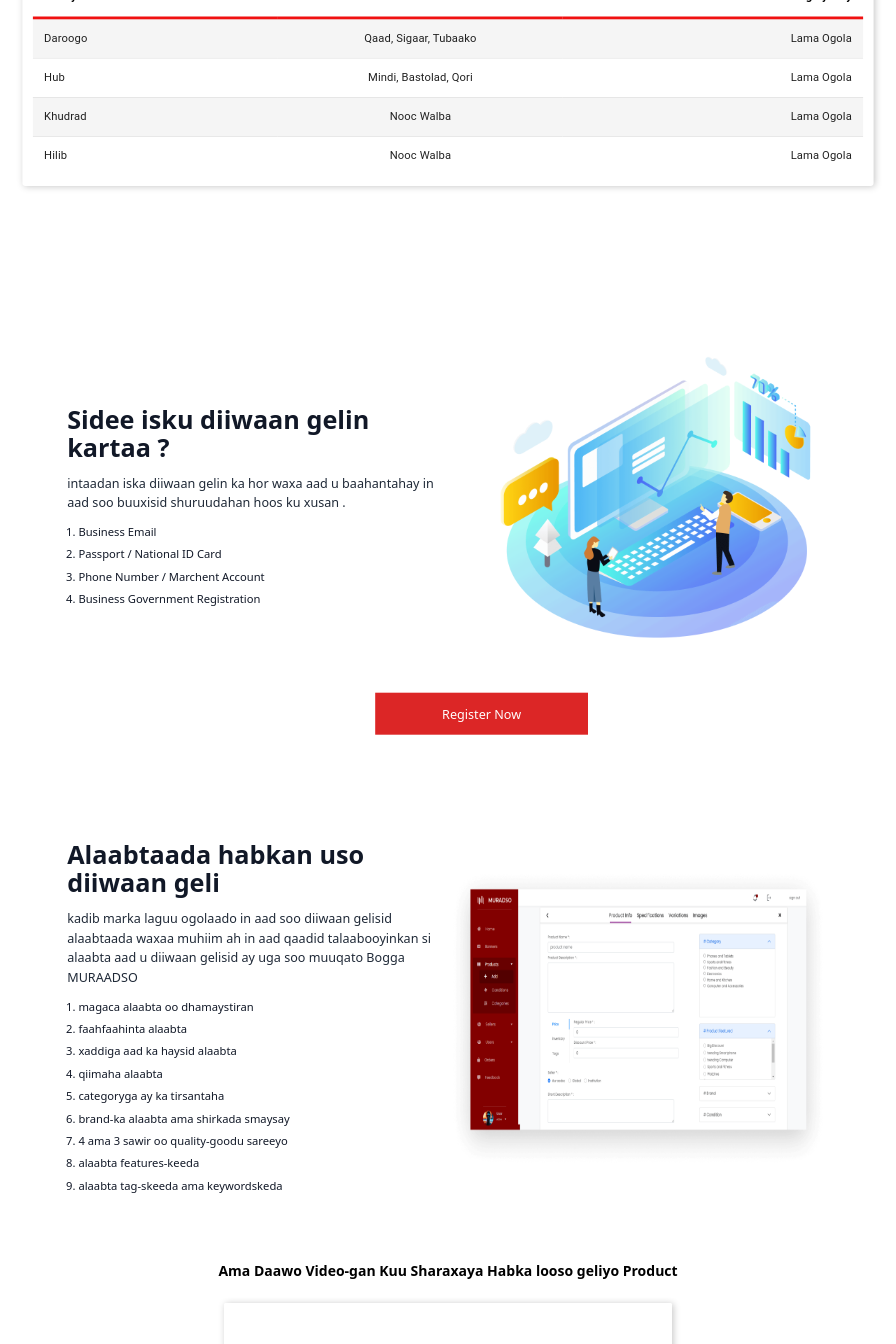
Repository: muraadso/Muraadso-Sellers
Page: /
The author's editor kept a copy of each file at every save. The page is drawn from the files as they stood at one save, then again after the next save.
The browser window is 1280 px wide. The pictures show the part of the page from y = 2982 to 4902 px (the page is 7341 px tall before and 7396 px after), at 70% of full size.
The project was rebuilt for these pictures with package versions that can differ from the ones it lists, and the page was loaded fresh each time. The framework's server and built-in components were replaced by stand-ins that run in the browser. Also part of the build but not shown: next.config.js.

Above is the page before, as saved 2021-12-11 11:21:08.

### pages/_app.js
import '../styles/globals.css'
 import 'tailwindcss/tailwind.css'
import { Layout } from '../components/Layout'


function MyApp({ Component, pageProps }) {
  return (
    <Layout>
      <Component {...pageProps} />
    </Layout>
  )
}

export default MyApp

### styles/globals.css
@import url('https://fonts.googleapis.com/css2?family=Lato:ital,wght@0,300;0,400;0,700;0,900;1,700&family=Poppins:wght@200;300;400;500;600;700&display=swap');
html,
body {
  padding: 0 ;
  margin: 0;
  overflow-x: hidden !important;
  scroll-behavior: smooth;
}

a {
  color: inherit;
  text-decoration: none;
}

* {
  box-sizing: border-box;
}


.navbar {
  box-shadow: 2px 1px 7px rgba(0, 0, 0, 0.226);
  font-family: 'Poppins', sans-serif  ;
  font-weight: 500;

}
  .logo{
    font-family: 'Lato', sans-serif;
    font-weight: 700;
    color: rgb(233, 59, 59);
    font-size: 20px ;
  }
  .how-card{
    position: relative;
    box-shadow: 0 2px 10px rgba(0, 0, 0, 0.336) ;
  }
  .regimage{
    height: 500px;

  }
  .react-player {
    background-color: white !important;
    padding: 10px;
    box-shadow: 2px 1px 11px rgba(0, 0, 0, 0.226);
    border-radius: 2px;
  }
  .player-wrapper{
    overflow-x: hidden !important;
    /* width: 100% !important; */
  }


  .formcontainer{
    box-shadow: 2px 1px 11px rgba(0, 0, 0, 0.226);

  }



@media screen and  (max-width: 768px){
  .nav{
    padding-top: 40px;
    display: flex;
    flex-direction: column;

  }

  .how-card{
  margin-bottom: 25px;
}

.tablle{
  margin-bottom: 90px;
}
.tablle2{

}
 TableContainer{
   background-color: red;
   display: hidden;
 }
 .regimage{
    max-height: 300px;

  }
  .formcontainer{
    min-width: 110%;
  }

}




@tailwind base;
@tailwind components;
@tailwind utilities

### components/Hero.jsx
const Hero = () => {
    return (
        <div className="md:grid-cols-2 md:grid md:mt-11 hero">
                <div className="md:px-16 md:py-36 py-11 herotxt">
                    <h6 className="px-2 font-medium text-gray-500">ku iibi muraadso</h6>
                    <h1 className="my-5 text-3xl font-bold text-gray-800 capitalize md:font-bold md:text-gray-800 md:capitalize lg:text-6xl">sidee ugu iibin krtaa <br /> alaabtaada <span  className="text-red-600 md:text-red-600">muraadso</span></h1>

                    <p className="text-gray-700 md:text-left">
                         Whether you’ve already got an established e-commerce business , a great idea for a new product, or you just have a passion for selling, here’s how to take that next step with Muraadso </p>
                </div>

                <div className="heroimg">
                    <img className="w-4/4 "  src="/images/heroimage.png" alt="heroimage" />
                </div>
        </div>
    )
}

export default Hero

### components/About.jsx

const About = () => {
    return (
        <div className="mt-32">
            <h1 className="text-3xl font-bold text-center">Ku Iibso Muraadso</h1>
            <div className="gap-0 md:px-16 md:grid-cols-2 md:grid about-content">
                <div className="mt-12 aboutimg">
                  <img src="/images/aboutimage.png" className="md:h-96" alt="about image" />
                </div>
                <div className="md:mt-20 mt-11 about-text">
                    <p className="text-xl text-justify">
                        Muraadso waa hogaanka suuqa casriga ee online waana suuq aad ku iibin kartid alaabtaada, ahaw ganacsade alaabta sameeya, mid soo dajiya, si fudud ayaad ugu iibin kartaa suuqa casriga muraadso, sidoo kale ka mid noqo ganacsiyada shabakada internet ku iibiya alaabaha adiga oon ku kharash badan galin, kana faa’idaysanaya khubarada team ka muraadso helayana tobabaro iyo caawimo sidaad ugu iibin lahayd muraadso dhexdeeda Ku dhex iibta muraadso waa wax fudud sidoo kalena kharash yari kaaga bixi karo ama wax kharash ahi kaa baxayn, kaliya waxa lagaaga bahanyay in aad is diwaan galisid, kuna gurtid alaabta aad haysid online shirkada sidaana aad ku bilawdid iibka alaabtaada....<span className="text-red-600">Read More</span>
                    </p>
                </div>


            </div>
        </div>
    )
}

export default About

### components/Howtoreg.jsx
const Howtoreg = () => {
  return (
    <div className="flex flex-col md:p-16 howtoreg mb-11 md:mb-6 ">
      <div className="grid items-center justify-between md:grid-cols-2 registerdoc">
        <div className="space-y-4 regcontent">
          <h1 className="text-xl font-bold text-gray-900 md:text-4xl">Sidee isku diiwaan gelin kartaa ?</h1>
          <p className="text-lg text-gray-800 ">intaadan iska diiwaan gelin ka hor waxa aad u baahantahay in aad
            soo buuxisid shuruudahan hoos ku xusan .</p>
            <ol className="ml-4 space-y-2 font-medium text-gray-900 list-decimal">
              <li>Business Email</li>
              <li>Passport / National ID Card</li>
              <li>Phone Number / Marchent Account </li>
              <li>Business Government Registration</li>
            </ol>
        </div>
        <div className="flex items-center justify-end regimage">
          <img className="regimage" src="/images/registrationn.png" alt="" />
        </div>

      </div>
      <div className="flex flex-col items-center justify-center space-y-4 md:space-x-24 md:flex-row acceptterms">
        <div className="flex flex-row items-center justify-center check">
        </div>
        <div className="items-center justify-center text-center">
        <button className="items-center justify-center px-24 py-3 text-sm text-white bg-red-600 md:text-center md:text-lg md:px-24 md:py-4 ">Register Now</button>
        </div>
      </div>


    </div>
  )
}

export default Howtoreg

### components/Whatsell.jsx
import * as React from 'react';
import { styled } from '@mui/material/styles';
import Table from '@mui/material/Table';
import TableBody from '@mui/material/TableBody';
import TableCell, { tableCellClasses } from '@mui/material/TableCell';
import TableContainer from '@mui/material/TableContainer';
import TableHead from '@mui/material/TableHead';
import TableRow from '@mui/material/TableRow';
import Paper from '@mui/material/Paper';

const StyledTableCell = styled(TableCell)(({ theme }) => ({

  [`&.${tableCellClasses.head}`]: {
    backgroundColor: theme.palette.common.white,
    color: theme.palette.common.black,
    borderBottom: '4px solid rgb(240, 17, 17)' ,
    fontSize: '16px',
    fontWeight: '600',

  },
  [`&.${tableCellClasses.body}`]: {
    fontSize: 16,
  },
}));

const StyledTableRow = styled(TableRow)(({ theme }) => ({
  '&:nth-of-type(odd)': {
    backgroundColor: theme.palette.action.hover,


  },
  // hide last border
  '&:last-child td, &:last-child th': {
    border: 0,
  },
}));





function createData(noocaAlaabta, tusaale, xaaladda) {
  return { noocaAlaabta, tusaale, xaaladda };
}

const rows = [

];
const rows2 = [
  createData('Daroogo', "Qaad, Sigaar, Tubaako", 'Lama Ogola'),
  createData('Hub', 'Mindi, Bastolad, Qori', 'Lama Ogola'),
  createData('Khudrad', 'Nooc Walba', 'Lama Ogola'),
  createData('Hilib', 'Nooc Walba', 'Lama Ogola'),


];

export default function Whatsell() {
  return (
      <>
    <div className="flex flex-col items-center md:justify-center md:mb-36 tablle mb-11">
                <h1 className="text-xl font-bold text-center text-gray-900 md:text-3xl">Alaab Nocee ah ayaad iibin kartaa ?</h1>
                <p className="max-w-3xl mb-8 text-sm text-center text-gray-700 md:text-lg">Waxay ku xirantahy alaabta noceeda, xaaladda alaabta, Category-ga, iyo Brand-ka .
                table-ka hoos ku xusan waxa uu kutusayaa Categoriyada shirkaddu ay ogoshahay iibintooda
                iyo kuwa aysan ogolayn xaaladaha lagu iibinkaro </p>

            <TableContainer className="mw-screen-lg TableContainer" component={Paper} sx={{ padding: "15px", minWidth: 380 , maxWidth: 1500, boxShadow: '2px 1px 11px rgba(0, 0, 0, 0.226)' }}>
        <h1 className="mb-6 text-2xl font-bold "> <span className="font-black text-red-500 ">|</span> Noocyada Alaabta</h1>
      <Table sx={{ minWidth: 500 }} aria-label="customized table">
        <TableHead>
          <TableRow>
            <StyledTableCell>Noocyada Alaabta</StyledTableCell>
            <StyledTableCell align="center"> Tusaale Ahaan</StyledTableCell>
            <StyledTableCell align="right">Xaaladda La Ogolyahay</StyledTableCell>
          </TableRow>
        </TableHead>
        <TableBody>
          {rows.map((row) => (
            <StyledTableRow key={row.noocaAlaabta} sx={{backgroundColor: 'white'}}>
              <StyledTableCell component="th" scope="row">
                {row.noocaAlaabta}
              </StyledTableCell>
              <StyledTableCell   align="center">{row.tusaale}</StyledTableCell>
              <StyledTableCell align="right">{row.xaaladda}</StyledTableCell>
            </StyledTableRow>
          ))}
        </TableBody>
      </Table>
    </TableContainer>

    </div>


    <div className="flex flex-col items-center md:justify-center md:mb-36 tablle mb-11">
                <h1 className="text-xl font-bold text-center text-gray-900 md:text-3xl">Alaab Nocee ah ayaad iibin kartaa ?</h1>
                <p className="max-w-3xl mb-8 text-sm text-center text-gray-700 md:text-lg">Waxay ku xirantahy alaabta noceeda, xaaladda alaabta, Category-ga, iyo Brand-ka .
                table-ka hoos ku xusan waxa uu kutusayaa Categoriyada shirkaddu ay ogoshahay iibintooda
                iyo kuwa aysan ogolayn xaaladaha lagu iibinkaro </p>

            <TableContainer className="mw-screen-lg TableContainer" component={Paper} sx={{ padding: "15px", minWidth: 380 , maxWidth: 1500, boxShadow: '2px 1px 11px rgba(0, 0, 0, 0.226)' }}>
        <h1 className="mb-6 text-2xl font-bold "> <span className="font-black text-red-500 ">|</span> Noocyada Alaabta</h1>
      <Table sx={{ minWidth: 500 }} aria-label="customized table">
        <TableHead>
          <TableRow>
            <StyledTableCell>Noocyada Alaabta</StyledTableCell>
            <StyledTableCell align="center"> Tusaale Ahaan</StyledTableCell>
            <StyledTableCell align="right">Xaaladda La Ogolyahay</StyledTableCell>
          </TableRow>
        </TableHead>
        <TableBody>
          {rows2.map((row) => (
            <StyledTableRow key={row.noocaAlaabta} sx={{backgroundColor: 'white'}}>
              <StyledTableCell component="th" scope="row">
                {row.noocaAlaabta}
              </StyledTableCell>
              <StyledTableCell   align="center">{row.tusaale}</StyledTableCell>
              <StyledTableCell align="right">{row.xaaladda}</StyledTableCell>
            </StyledTableRow>
          ))}
        </TableBody>
      </Table>
    </TableContainer>

    </div>




     </>
  );
}

### components/Howtolist.jsx
import ReactPlayer from 'react-player'


const Howtoreg = () => {
  return (
    <div className="flex flex-col space-y-11 md:space-y-24 md:p-16 howtoreg">
      <div className="grid items-center justify-between md:grid-cols-2 registerdoc">
        <div className="space-y-4 regcontent">
          <h1 className="text-xl font-bold text-gray-900 md:text-4xl">Alaabtaada habkan uso diiwaan geli</h1>
          <p className="text-lg text-gray-800 ">kadib marka laguu ogolaado in aad soo diiwaan gelisid alaabtaada
waxaa muhiim ah in aad qaadid talaabooyinkan si alaabta aad
u diiwaan gelisid ay uga soo muuqato Bogga MURAADSO</p>
            <ol className="ml-4 space-y-2 font-medium text-gray-900 list-decimal">
              <li>magaca alaabta oo dhamaystiran</li>
              <li>faahfaahinta alaabta </li>
              <li>xaddiga aad ka haysid alaabta </li>
              <li>qiimaha alaabta </li>
              <li>categoryga ay ka tirsantaha</li>
              <li>brand-ka alaabta ama shirkada smaysay</li>
              <li>4 ama 3 sawir oo quality-goodu sareeyo</li>
              <li>alaabta features-keeda</li>
              <li>alaabta tag-skeeda ama keywordskeda</li>
            </ol>
        </div>
        <div className="flex items-center justify-end regimage">
          <img className="regimage" src="/images/dashboard.png" alt="" />
        </div>

      </div>

      <div className="flex flex-col items-center justify-center space-y-6 watch">
          <h1 className="text-lg font-medium text-center md:font-bold md:text-xl ">Ama Daawo Video-gan Kuu Sharaxaya Habka looso geliyo Product</h1>
         <div className='flex items-center justify-center w-screen p-2 overflow-x-hidden mx-11 player-wrapper'>
        <ReactPlayer
          className=' react-player'
          url='hhttps://www.youtube.com/watch?v=qS5MdsgyWb4&t=5s'
        style={{
            backgroundColor: '#ff0000'
        }}

        />
      </div>
      </div>




    </div>
  )
}

export default Howtoreg

### components/Reg.jsx
import TextField from '@mui/material/TextField';
import Checkbox from '@mui/material/Checkbox';
import FormControlLabel from '@mui/material/FormControlLabel';



const Reg = () => {
    return (
        <div className="container flex flex-col items-center justify-center md:w-screen md:px-11 mb-36 ">
            <h1 className="text-lg font-bold text-center md:text-3xl ">Nagu Soo Biir Macmiil</h1>
            <div className="flex flex-col items-center justify-center py-10 mt-24 bg-white rounded md:w-9/12 md:px-11 space-y-7 formcontainer">
            <h1 className="text-lg font-bold text-center md:text-3xl ">Is Diiwaan Geli</h1>
                <div className="grid w-5/6 grid-cols-1 md:grid-cols-2 gap-x-6 gap-y-7 form">
                  <TextField id="outlined-basic" label="First Name" variant="outlined" />
                  <TextField id="outlined-basic" label="Last Name" variant="outlined" />
                  <TextField id="outlined-basic" label="Magaalada" variant="outlined" />
                  <TextField id="outlined-basic" label="Address" variant="outlined" />
                  <TextField type="number" id="outlined-basic" label="Phone Number" variant="outlined" />
                  <TextField id="outlined-basic" label="Magaca Ganasiga" variant="outlined" />
                  <TextField id="outlined-basic" label="Noca Ganasiga" variant="outlined" />
                </div>

                <div className="flex flex-col items-center justify-center text-center">
                    <FormControlLabel className="mb-2" control={<Checkbox />} label="I accept the privacy and policy" />
                   <button
                    className="items-center justify-center px-24 py-3 text-sm text-white bg-red-600 md:text-center md:text-lg md:px-24 md:py-4 ">
                        Register Now
                    </button>
        </div>
            </div>





        </div>
    )
}

export default Reg

### components/How.jsx
export const How = () => {
    return (
        <div className="flex flex-col items-center justify-center mt-32 mb-24 how md:gap-y-4 gap-y-11">
            <div className="howheader">
            <h2 className="text-4xl font-bold text-center">Sidee u shaqaysaa</h2>
            <p className="mt-2 text-lg text-center text-gray-600">habka uu ushaqeeyo adeegan waa sidatan hoos ku xusan</p>
            </div>
            <div className="h-full md:p-16 md:gap-4 gap-72 md:grid-cols-4 md:grid howsteps">

                <div className="relative max-h-full p-6 bg-white border-4 border-red-400 rounded how-card ">
                    <div className="flex items-center justify-center my-4 card-icon ">
                        <img  src="./icons/register.png" alt="register" />

                    </div>
                    <div className="mb-4 text-xl text-center text-gray-800 cardbody">
                        Macmiil iska diiwaan geli adeega, 24h kadib waxad helaysa fariin ah in lagu aqbalay
                    </div>
                    <div className="absolute flex items-center justify-center w-10 h-10 font-bold text-red-500 bg-white border-2 border-red-500 rounded-full -bottom-5 md:left-40 left-36 place-content-center card-number"> <h2>1</h2></div>
                </div>


                <div className="relative max-h-full p-6 bg-white border-4 border-red-400 rounded how-card ">
                    <div className="flex items-center justify-center my-4 card-icon ">
                        <img className="h-24"  src="./icons/features.png" alt="register" />
                    </div>
                    <div className="mb-4 text-xl text-center text-gray-800 cardbody">
                        Macmiil iska diiwaan geli adeega, 24h kadib waxad helaysa fariin ah in lagu aqbalay
                    </div>
                    <div className="absolute flex items-center justify-center w-10 h-10 font-bold text-red-500 bg-white border-2 border-red-500 rounded-full -bottom-5 md:left-40 left-36 place-content-center card-number"> <h2>2</h2></div>
                </div>




                <div className="relative max-h-full p-6 bg-white border-4 border-red-400 rounded how-card ">
                    <div className="flex items-center justify-center my-4 card-icon ">
                        <img className="h-24"  src="./icons/verified.png" alt="register" />

                    </div>
                    <div className="mb-4 text-xl text-center text-gray-800 cardbody">
                        Macmiil iska diiwaan geli adeega, 24h kadib waxad helaysa fariin ah in lagu aqbalay
                    </div>
                    <div className="absolute flex items-center justify-center w-10 h-10 font-bold text-red-500 bg-white border-2 border-red-500 rounded-full -bottom-5 md:left-40 left-36 place-content-center card-number"> <h2>3</h2></div>
                </div>


                <div className="relative max-h-full p-6 bg-white border-4 border-red-400 rounded how-card ">
                    <div className="flex items-center justify-center my-4 card-icon ">
                        <img className="h-24"  src="./icons/givemoney.png" alt="register" />

                    </div>
                    <div className="mb-4 text-xl text-center text-gray-800 cardbody">
                        Macmiil iska diiwaan geli adeega, 24h kadib waxad helaysa fariin ah in lagu aqbalay
                    </div>
                    <div className="absolute flex items-center justify-center w-10 h-10 font-bold text-red-500 bg-white border-2 border-red-500 rounded-full -bottom-5 md:left-40 left-36 place-content-center card-number"> <h2>4</h2></div>
                </div>

            </div>
            <p className="text-center text-gray-800">Wixii faahfaahin ah waxaad kala xiriiri kartaa lambaradan hoos kuugu xusan</p>
            <a className="font-medium text-red-600" href="#">+252 63 3333471</a>

        </div>
    )
}

export default How

### components/Navbar.jsx
import React, { useState } from "react";
import { HiOutlineMenuAlt2, HiOutlineMenuAlt3 } from "react-icons/hi";



export default function Navbar() {
  const [showNav, setShowNav] = useState(false);

  return (
    <nav className="sticky top-0 z-20 items-center justify-between bg-white px-14 md:px-24 md:py-3 navbar md:flex">
      <div className="flex items-center justify-between">
        <a href="#">
          <h2>Muraadso</h2>
        </a>


        {showNav ? (
          <HiOutlineMenuAlt3
            onClick={() => setShowNav(!showNav)}
            className="block w-10 h-10 p-2 cursor-pointer md:hidden" />

        ) : (
          <HiOutlineMenuAlt2
            onClick={() => setShowNav(!showNav)}
            className="block w-10 h-10 p-2 cursor-pointer md:hidden"
          />
        )}
      </div>

      <ul
        className={
          (showNav ? "left-0" : "-left-full") +
          " md:static fixed bottom-0 md:ml-24 top-14 md:flex md:space-x-6 items-center md:bg-transparent bg-gray-700 rounded md:rounded-none md:bg-white bg-opacity-90 md:w-auto w-10/12 md:text-gray-800 text-white  md:space-y-0 space-y-5 p-2 transition-left nav"
        }
      >
        <a href="#"> Home</a>
        <a href="#"> About</a>
        <a href="#"> Doc</a>
        <a href="#"> Contact Us</a>
      <a className="px-4 py-2 text-white bg-red-600 rounded" href="">Signup</a>
      </ul>
    </nav>
  );
}

























// const Navbar = () => {
//     return (
//         <div>
//      <div className="sticky top-0 z-20 items-center justify-between bg-white md:flex navbar">
//          <a className="logo" href="#">Muraadso</a>
//          <nav className="fixed bottom-0 items-center w-10/12 p-2 space-y-5 text-white bg-gray-500 md:static top-12 md:flex md:space-x-7 md:bg-transparent bg-opacity-90 md:w-auto md:text-gray-500 md:space-y-0 transition-left nav">
//              <a className="hover:text-red-600" href="">Home</a>
//              <a className="hover:text-red-600" href="">About</a>
//              <a className="hover:text-red-600" href="">Doc</a>
//              <a className="hover:text-red-600" href="">Contact Us</a>
//          </nav>
//          <a href="#" className="px-4 py-2 text-white bg-red-600 rounded hover:bg-red-700 signup ">Signup</a>
//      </div>

//         </div>
//     )
// }

// export default Navbar

### components/Footer.jsx
import FacebookIcon from '@mui/icons-material/Facebook';
import InstagramIcon from '@mui/icons-material/Instagram';
import YouTubeIcon from '@mui/icons-material/YouTube';
import Divider from '@mui/material/Divider';
import CopyrightIcon from '@mui/icons-material/Copyright';





const Footer = () => {
    return (
        <div className="px-2 py-8 border md:px-24 md:py-16 bg-gray-50 space-y-7">
            <div className="flex flex-col items-center justify-between space-y-4 md:flex-row upper md-space-y-0">

            <div className="flex items-center space-x-5 md:space-x-7 justify-items-start footercontent">
                <a href="#">About Us</a>
                <a href="#">How it Works</a>
                <a href="#">Nagu Dooro</a>
                <a href="#">Register</a>

            </div>

            <div className="footericons space-x-7">
                <FacebookIcon sx={{ fontSize: 30, color: "#ff5e5b" }} />
                <InstagramIcon sx={{ fontSize: 30, color: "#ff5e5b" }} />
                <YouTubeIcon sx={{ fontSize: 30, color: "#ff5e5b" }} />
            </div>

            </div>
            <Divider className="text-red-600">Muraadso.com</Divider>

            <div className="flex flex-col items-center justify-between space-y-3 md:space-y-0 md:flex-row bottom">
                <a href="#"> <CopyrightIcon className="items-center" sx={{fontSize: 15}} /> 2021 Muraadso.All rights reserved. </a>
                <div className="space-x-8 term">
                <a href="#">Privacy Policy</a>
                <a href="#">Terms Of Service</a>
                </div>


            </div>

        </div>
    )
}

export default Footer

Loaded but not shown: pages/api/hello.js (common file); styles/Home.module.css (common file); pages/index.js (32 lines, source omitted); tailwind.config.js (18 lines, source omitted); components/Layout.js (15 lines, source omitted); components/Whyus.jsx (70 lines, source omitted)

After the next save:
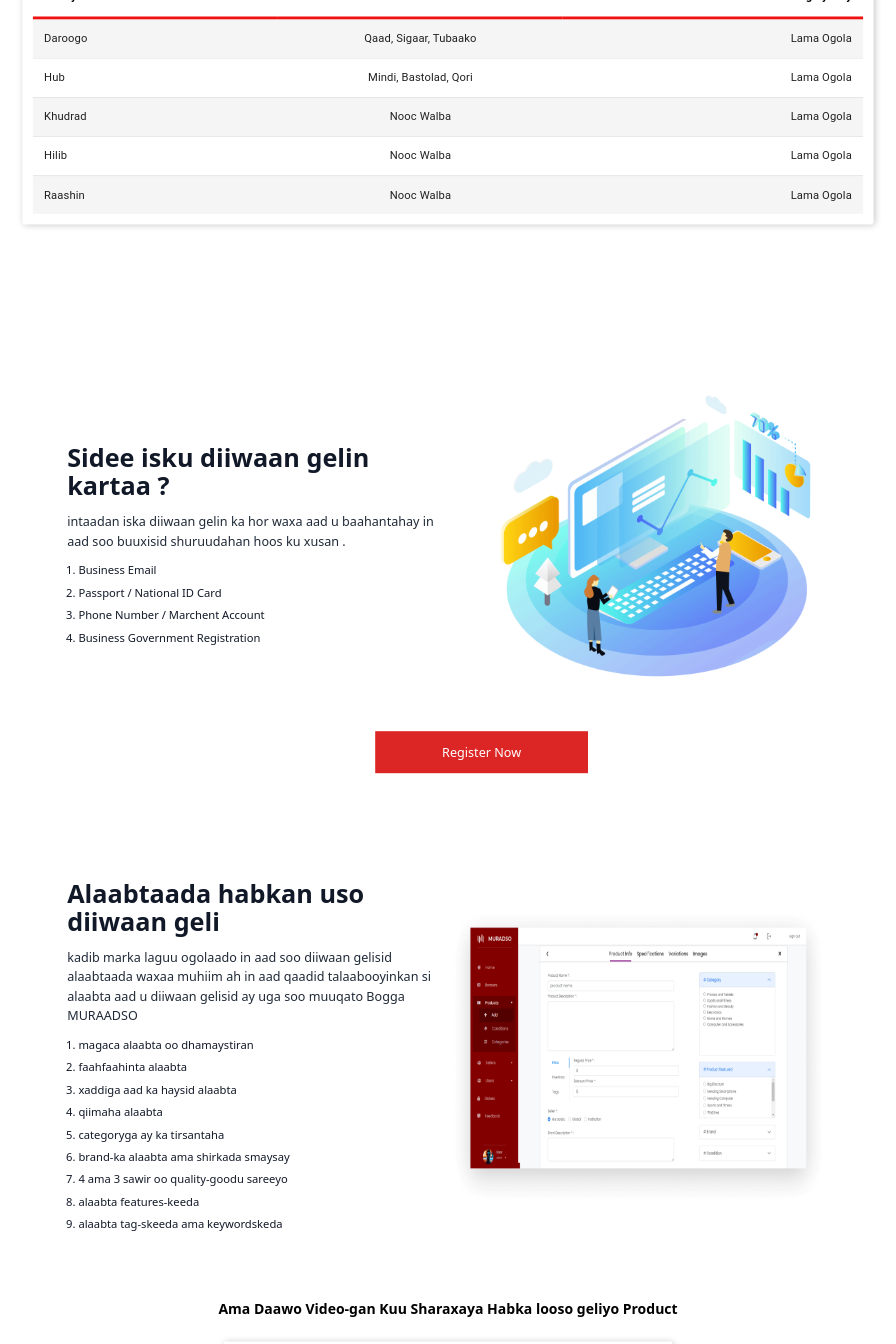
Saved 25 s later.
--- a/components/Whatsell.jsx
+++ b/components/Whatsell.jsx
@@ -51,7 +51,7 @@ const rows2 = [
   createData('Hub', 'Mindi, Bastolad, Qori', 'Lama Ogola'),
   createData('Khudrad', 'Nooc Walba', 'Lama Ogola'),
   createData('Hilib', 'Nooc Walba', 'Lama Ogola'),
-
+  createData('Raashin', 'Nooc Walba', 'Lama Ogola')
 
 ];
 
